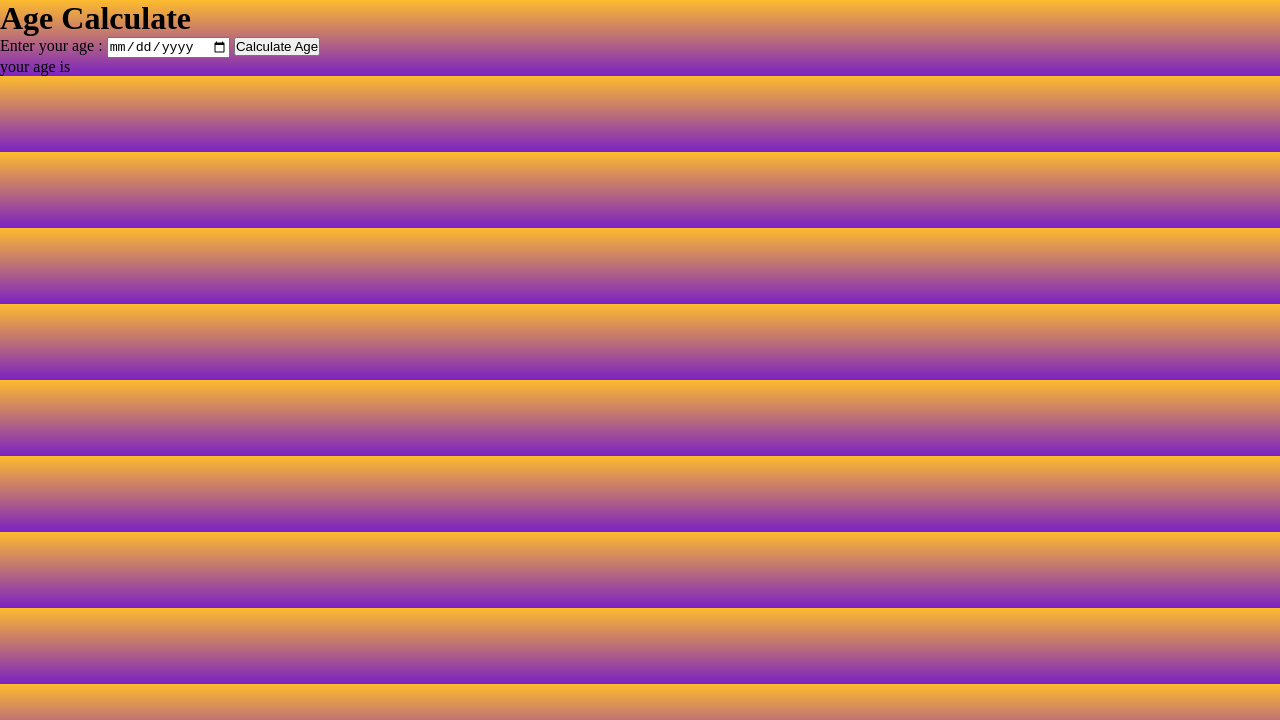
Repository: sristigupta04/basic-js-project
Page: age calculator/age.html
An editor plug-in stored every save of this project. The page is shown before and after the next save, followed by the edit.
The browser window is 1280 px wide. The pictures show the whole page.

Above is the page before, as saved 2025-11-07 15:01:09.

After the next save:
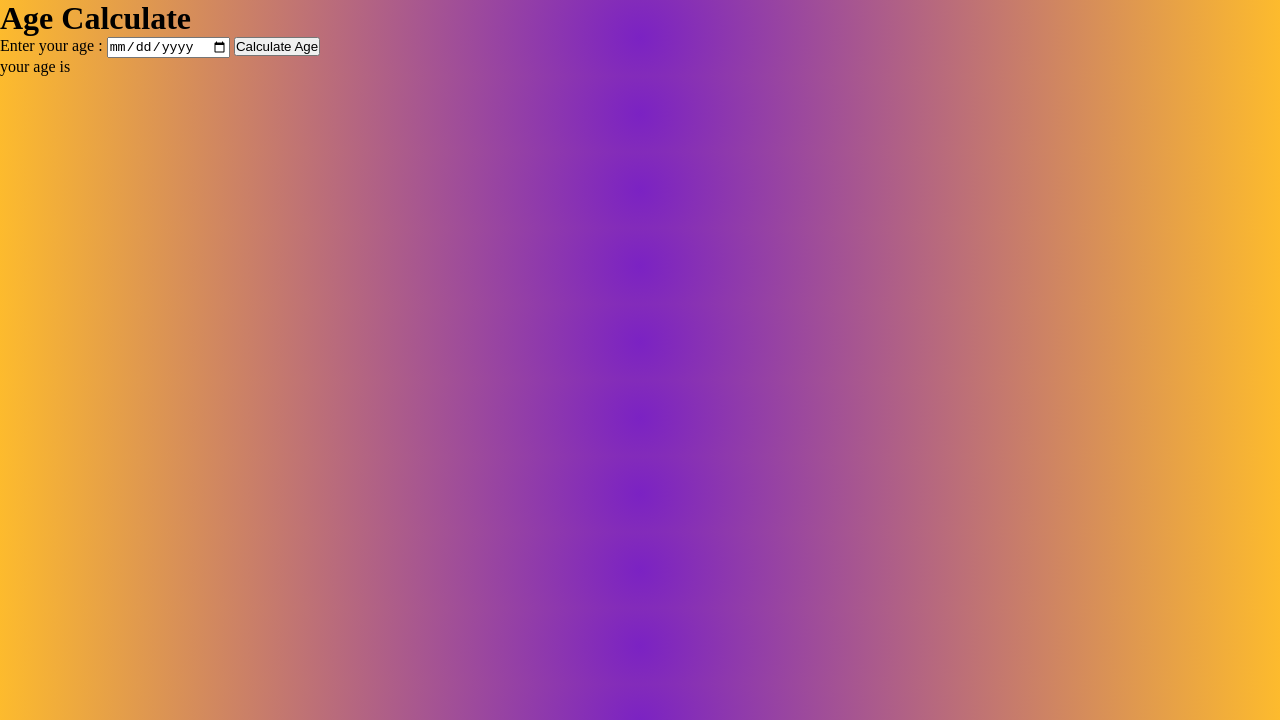
Saved 28 s later.
--- a/age calculator/age.css
+++ b/age calculator/age.css
@@ -4,6 +4,6 @@
     box-sizing: border-box;
 }
 body{
-    background: #7b22c3;
-background: linear-gradient(0deg, rgba(123, 34, 195, 1) 0%, rgba(253, 187, 45, 1) 100%);
+   background: #7b22c3;
+background: radial-gradient(circle, rgba(123, 34, 195, 1) 0%, rgba(253, 187, 45, 1) 100%);
 }
